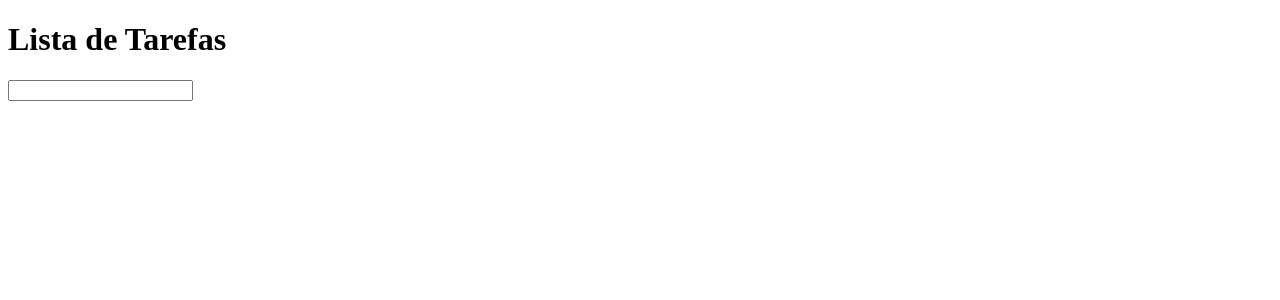
Repository: FellipeMiguel/lista-de-tarefas
Page: /
The author's editor kept a copy of each file at every save. The page is drawn from the files as they stood at one save, then again after a run of saves.
The browser window is 1280 px wide. The pictures show the whole page.
The project was rebuilt for these pictures with package versions that can differ from the ones it lists, and the page was loaded fresh each time. Also part of the build but not shown: src/App.css.

Above is the page before, as saved 2023-06-14 22:43:38.

After the next 2 saves:
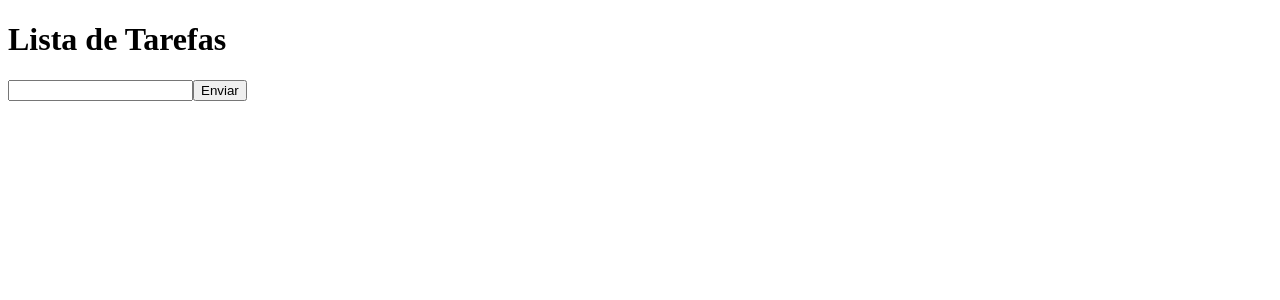
The 2 saves are shown as one change because they came seconds apart.
The last was saved 42 s later.
--- a/src/components/Main.js
+++ b/src/components/Main.js
@@ -14,6 +14,7 @@ export default class Main extends Component {
 
         <form action="#">
           <input type="text" />
+          <button type="submit">Enviar</button>
         </form>
       </div>
     )
